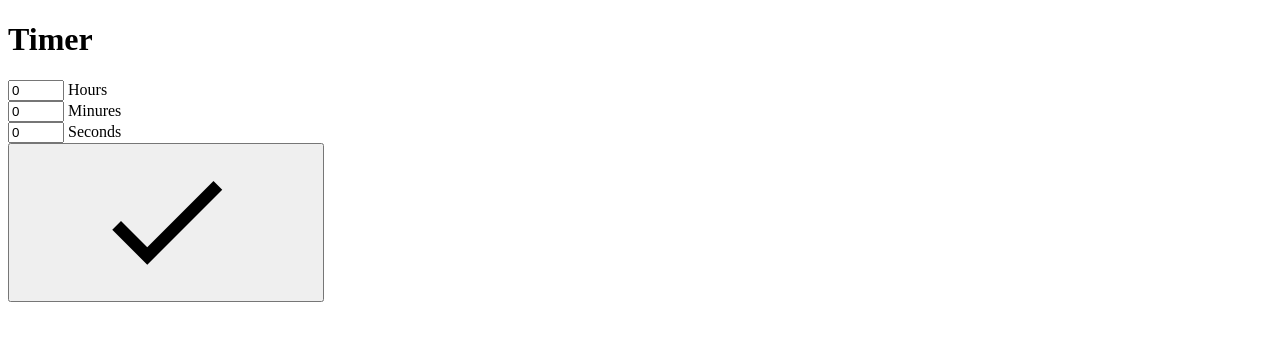
Repository: KrzysKolo/Projekt-12_Timer
Page: index.html
These files come from the project's save history. The page is drawn as it stood at one moment and after the next save; the edit follows.
The browser window is 1280 px wide. The pictures show the whole page.

Above is the page before, as saved 2020-06-24 18:15:05.

### index.html
<!DOCTYPE html>
<html lang="en">
  <head>
    <meta charset="UTF-8" />
    <meta name="viewport" content="width=device-width, initial-scale=1.0" />
    <title>Taimer</title>
    <link rel="stylesheet" href="./css/style.css" />
  </head>
  <body>
    <main class="timer">
      <header class="timer__header">
        <h1 class="timer__heading">
          Timer
        </h1>
      </header>
      <article class="timer__clock">
        <!-- input hours-->
        <section class="clock">
          <input
            type="number"
            name="hours"
            id="hours"
            value="0"
            min="0"
            max="99"
            class="clock__input"
            data-timer-input__hours
          />
          <label for="hours" class="clock__label">Hours</label>
        </section>
        <!-- input minutes-->
        <section class="clock">
          <input
            type="number"
            name="minutes"
            id="minutes"
            value="0"
            min="0"
            max="59"
            class="clock__input"
            data-timer-input__minutes
          />
          <label for="minutes" class="clock__label">Minures</label>
        </section>
        <!-- input seconds -->
        <section class="clock">
          <input
            type="number"
            name="seconds"
            id="seconds"
            value="0"
            min="0"
            max="59"
            class="clock__input"
            data-timer-input__seconds
          />
          <label for="seconds" class="clock__label">Seconds</label>
        </section>
      </article>
      <article class="timer__buttons">
        <button class="button">
          <svg class="button__icon">
            <use xlink:href="./assets/icons/sprite.svg#done-24px"></use>
          </svg>
        </button>
      </article>
    </main>
  </body>
</html>

Loaded but not shown: css/style.css (no stored copy; drawn as an empty file)

After the next save:
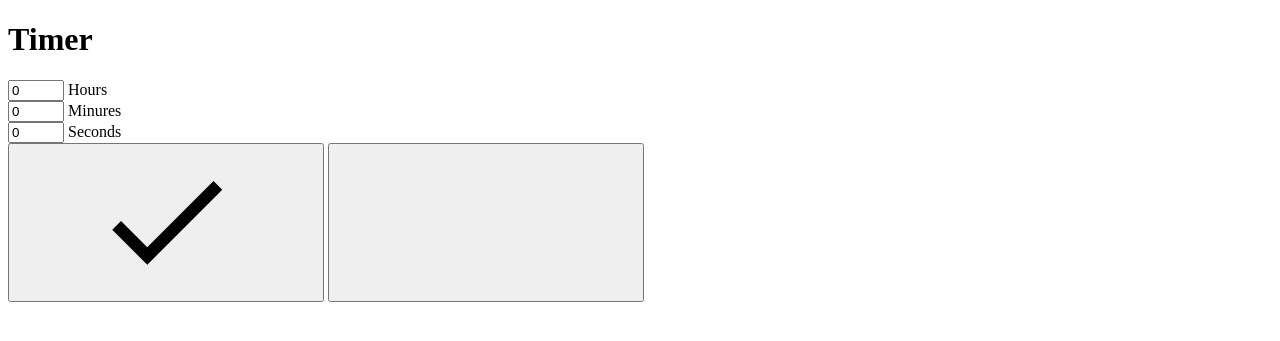
Saved 2 min 20 s later.
--- a/index.html
+++ b/index.html
@@ -58,9 +58,16 @@
         </section>
       </article>
       <article class="timer__buttons">
+        <!-- button 1 -->
         <button class="button">
           <svg class="button__icon">
             <use xlink:href="./assets/icons/sprite.svg#done-24px"></use>
+          </svg>
+        </button>
+        <!-- button 2 -->
+        <button class="button">
+          <svg class="button__icon">
+            <use xlink:href="./assets/icons/sprite.svg#play-arrow-24px"></use>
           </svg>
         </button>
       </article>
